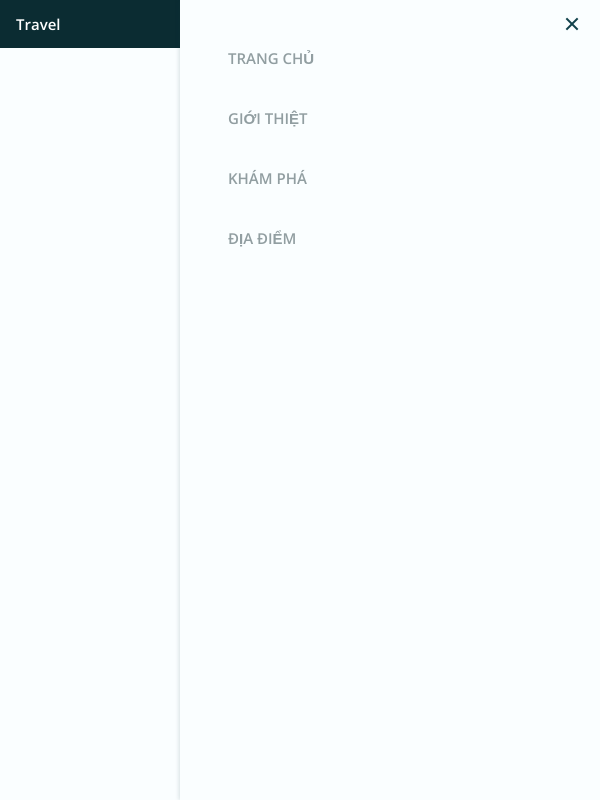
Repository: haokiet2501/travel-demo
Page: index.html
The author's editor kept a copy of each file at every save. The page is drawn from the files as they stood at one save, then again after the next save.
The browser window is 600 px wide. The pictures show the whole page.

Above is the page before, as saved 2021-09-21 10:15:41.

### index.html
<!DOCTYPE html>
<html lang="en">
<head>
    <meta charset="UTF-8">
    <meta http-equiv="X-UA-Compatible" content="IE=edge">
    <meta name="viewport" content="width=device-width, initial-scale=1.0">
    <link href="https://cdn.jsdelivr.net/npm/remixicon@2.5.0/fonts/remixicon.css" rel="stylesheet">
    <link rel="stylesheet" href="/css/style.css">
    <title>Website Travel</title>
</head>

<body>
    <header class="header" id="header">
        <nav class="nav container">
            <a href="#" class="nav__logo">Travel</a>

            <div class="nav__menu" id="nav-menu">
                <ul class="nav__list">
                    <li class="nav__item">
                        <a href="#home" class="nav__link">Trang chủ</a>
                    </li>
                    <li class="nav__item">
                        <a href="#about" class="nav__link">Giới thiệt</a>
                    </li>
                    <li class="nav__item">
                        <a href="#discover" class="nav__link">Khám phá</a>
                    </li>
                    <li class="nav__item">
                        <a href="#place" class="nav__link">Địa điểm</a>
                    </li>
                </ul>

                <i class="ri-close-line nav__close" id="nav-close"></i>
            </div>

            <div class="nav__toggle" id="nav-toggle">
                <i class="ri-list-settings-line"></i>
            </div>
        </nav>
    </header>
</body>

</html>

### css/style.css
/* Google Font */
@import url('https://fonts.googleapis.com/css2?family=Open+Sans:wght@400;600&family=Raleway:wght@500;600;700&display=swap');

/* Variables css */
:root {
    --header-height: 3rem;

    /* Colors */
    --hue-color: 190;

    /* HSL color mode */
    --first-color: hsl(var(--hue-color), 64%, 12%);
    --first-color-second: hsl(var(--hue-color), 64%, 22%);
    --first-color-alt: hsl(var(--hue-color), 64%, 15%);
    --title-color: hsl(var(--hue-color), 64%, 18%);
    --text-color: hsl(var(--hue-color), 24%, 35%);
    --text-color-light: hsl(var(--hue-color), 8%, 60%);
    --input-color: hsl(var(--hue-color), 24%, 97%);
    --body-color: hsl(var(--hue-color), 100%, 99%);
    --white-color: #FFF;
    --scroll-bar-color: hsl(var(--hue-color), 12%, 90%);
    --scroll-thumb-color: hsl(var(--hue-color), 12%, 75%);

    /* Font and typography */
    --body-font: 'Open Sans', sans-serif;
    --title-font: 'Raleway', sans-serif;
    --biggest-font-size: 2.5rem;
    --h1-font-size: 1.5rem;
    --h2-font-size: 1.25rem;
    --h3-font-size: 1rem;
    --normal-font-size: .938rem;
    --small-font-size: .813rem;
    --smaller-font-size: .75rem;

    /* Font Weight */
    --font-medium: 500;
    --font-semi-bold: 600;

    /* Margin Bottom */
    --mb-0-25: .25rem;
    --mb-0-5: .5rem;
    --mb-0-75: .75rem;
    --mb-1: 1rem;
    --mb-1-25: 1.25rem;
    --mb-1-5: 1.5rem;
    --mb-2: 2rem;
    --mb-2-5: 2.5rem;

    /* Z-index */
    --z-tooltip: 10;
    --z-fixed: 100;

    /* Hover overlay */
    --img-transition: .3s;
    --img-hidden: hidden;
    --img-scale: scale(1.1);
}

@media screen and (min-width: 960px) {
    :root {
        --biggest-font-size: 4rem;
        --h1-font-size: 2.25rem;
        --h2-font-size: 1.75rem;
        --h3-font-size: 1.25rem;
        --normal-font-size: 1rem;
        --small-font-size: .875rem;
        --smaller-font-size: .813rem;
    }
}

/* Base */
* {
    padding: 0;
    margin: 0;
    box-sizing: border-box;
}

html {
    scroll-behavior: smooth;
}

body {
    margin: var(--header-height) 0 0 0;
    font-family: var(--body-font);
    font-size: var(--normal-font-size);
    background-color: var(--body-color);
    color: var(--text-color);
}

h1,h2,h3 {
    color: var(--title-color);
    font-weight: var(--font-semi-bold);
    font-family: var(--title-font);
}

ul {
    list-style: none;
}

a {
    text-decoration: none;
}

img, video {
    max-width: 100%;
    height: auto;
}

button, input {
    border: none;
    font-family: var(--body-font);
    font-size: var(--normal-font-size);
}

button {
    cursor: pointer;
}

input {
    outline: none;
}

/* Reusable css classed */
.section {
    padding: 4.5rem 0 2.5rem;
}

.section__title {
    font-size: var(--h2-font-size);
    color: var(--title-color);
    text-align: center;
    text-transform: capitalize;
    margin-bottom: var(--mb-2);
}

.container {
    max-width: 960px;
    margin-left: var(--mb-1);
    margin-right: var(--mb-1);
}

.grid {
    display: grid;
    gap: 1.5rem;
}

/* HEADER */
.header {
    width: 100%;
    position: fixed;
    top: 0;
    left: 0;
    z-index: var(--z-fixed);
    background-color: var(--first-color);
}

/* NAV */
.nav {
    display: flex;
    justify-content: space-between;
    align-items: center;
    height: var(--header-height);
}

.nav__logo, .nav__toggle {
    color: var(--white-color);
}

.nav__logo {
    font-weight: var(--font-semi-bold);
}

.nav__toggle {
    font-size: 1.2rem;
    cursor: pointer;
}

.nav__menu {
    position: relative;
}

@media screen and (max-width: 767px) {
    .nav__menu {
        position: fixed;
        background-color: var(--body-color);
        top: 0;
        right: 0;
        width: 70%;
        height: 100%;
        box-shadow: -1px 0 4px hsla(var(--hue-color), 64%, 15%, .15);
        padding: 3rem;
        transition: .4s;
    }
}

.nav__list {
    display: flex;
    flex-direction: column;
    row-gap: 2.5rem;
}

.nav__link {
    color: var(--text-color-light);
    font-weight: var(--font-semi-bold);
    text-transform: uppercase;
}

.nav__link:hover {
    color: var(--text-color);
}

.nav__close {
    position: absolute;
    top: .75rem;
    right: 1rem;
    font-size: 1.5rem;
    color: var(--title-color);
    cursor: pointer;
}

After the next save:
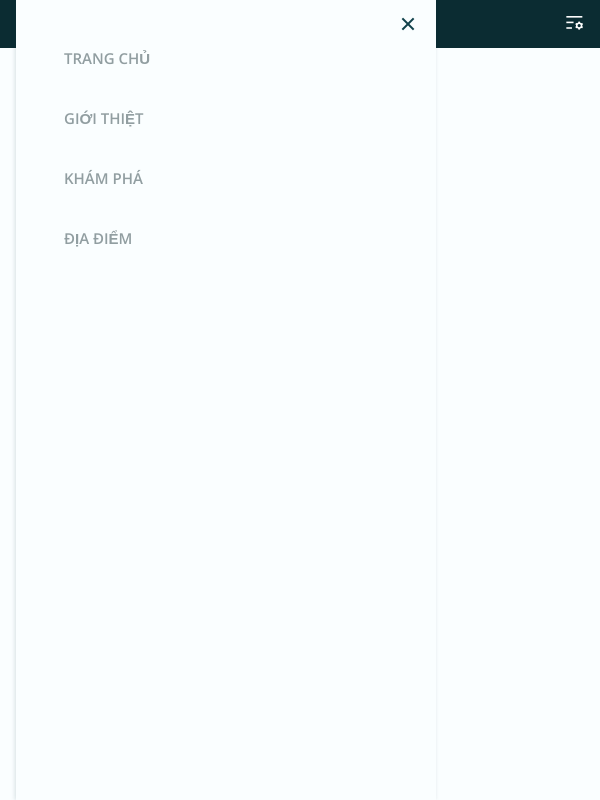
Saved 56 s later.
--- a/css/style.css
+++ b/css/style.css
@@ -184,7 +184,7 @@ input {
         position: fixed;
         background-color: var(--body-color);
         top: 0;
-        right: 0;
+        right: -100;
         width: 70%;
         height: 100%;
         box-shadow: -1px 0 4px hsla(var(--hue-color), 64%, 15%, .15);
